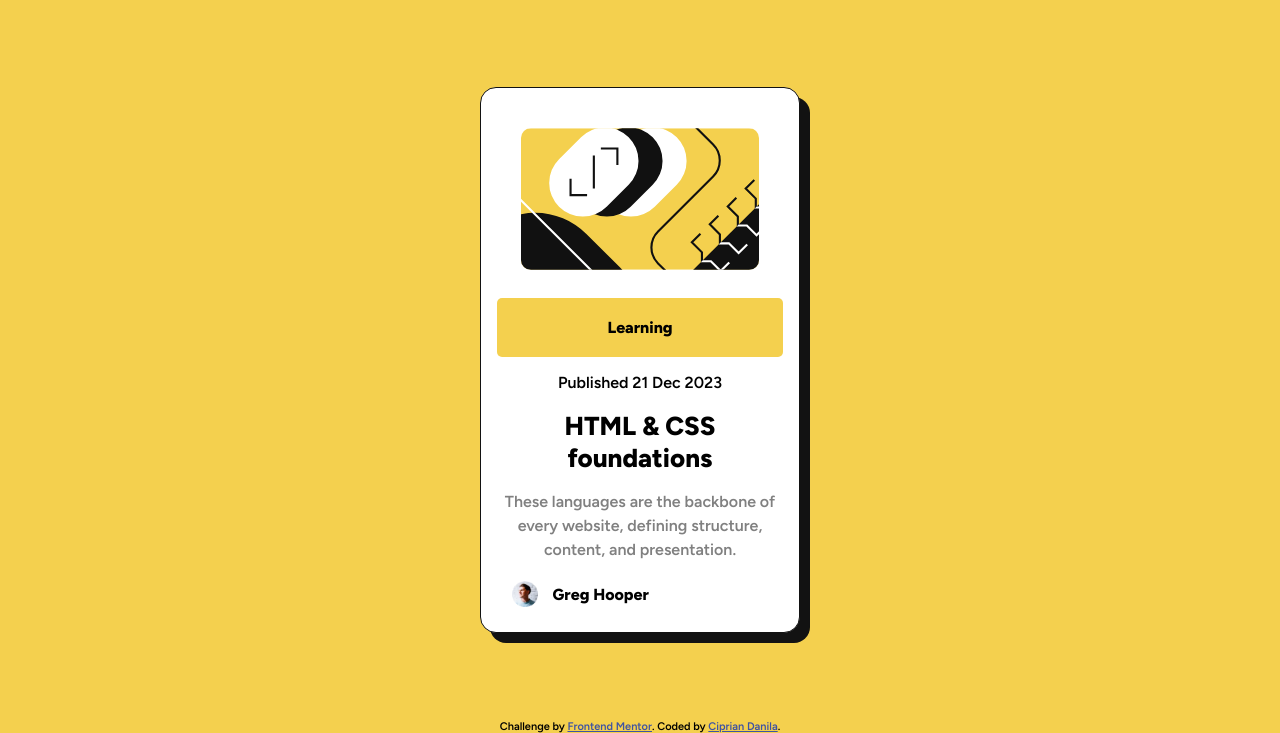
Repository: cipdanila/blog-preview-card
Page: index.html
The author's editor kept a copy of each file at every save. The page is drawn from the files as they stood at one save, then again after the next save.
The browser window is 1280 px wide. The pictures show the whole page.

Above is the page before, as saved 2024-01-28 14:07:07.

### index.html
<!DOCTYPE html>
<html lang="en">
<head>
  <meta charset="UTF-8">
  <meta name="viewport" content="width=device-width, initial-scale=1.0"> <!-- displays site properly based on user's device -->

  <link rel="icon" type="image/png" sizes="32x32" href="./assets/images/favicon-32x32.png">
  <link rel="stylesheet" href="style.css">
  <title>Frontend Mentor | Blog preview card</title>

</head>
<body>
  <main>
    <div class="card">
      <div class="image-card">
        <img src="./assets/images/illustration-article.svg" alt="illustration article">
      </div>
      <div class="text-card">
        <div class="learning">
          <p>Learning</p>
        </div>
        <div class="publish">
          <p>Published 21 Dec 2023</p>
        </div>
        <div class="title">
          <h1>HTML & CSS foundations</h1>
        </div>
        <div class="info">
          <p>
            These languages are the backbone of every website, defining structure, content, and presentation.
          </p>
        </div>
        <div class="avatar">
          <img src="./assets/images/image-avatar.webp" alt="avatar">
          <p>Greg Hooper</p>
        </div>
      </div>
    </div>
  </main>

  <footer>
    <div class="attribution">
        Challenge by
        <a
            href="https://www.frontendmentor.io/challenges/blog-preview-card-ckPaj01IcS"
            target="_blank"
            rel="noopener noreferer"
            >Frontend Mentor</a
        >. Coded by <a href="https://github.com/cipdanila" target="_blank" rel="noopener noreferer">Ciprian Danila</a>.
    </div>
</footer>
</body>
</html>

### style.css
@import url('https://fonts.googleapis.com/css2?family=Figtree:wght@600;800&display=swap');

:root {
    /* Colors */
    /* Primary */
    --yellow: hsl(47, 88%, 63%);

    /* Neutral */
    --white: hsl(0, 0%, 100%);
    --grey: hsl(0, 0%, 50%);
    --black: hsl(0, 0%, 7%);
}

* {
    box-sizing: border-box;
}

body, html {
    margin: 0;
    padding: 0;
    height: 100%;
    font-family: 'Figtree', sans-serif;
    font-size: 1rem;
    font-weight: 600;
    background-color: var(--yellow);
}

main {
    display: flex;
    justify-content: center;
    align-items: center;
    height: 100%;
}

.card {
    width: 20rem;
    border-radius: 1rem;
    border: 1px solid var(--black);
    box-shadow: 10px 10px var(--black);
    background-color: var(--white);
    display: flex;
    flex-direction: column;
    align-items: center;
    padding: 1rem;
}

.image-card {
    text-align: center;
    padding: 1.5rem;
}

img {
    max-width: 100%;
    height: auto;
    border-radius: 0.625rem;
}

.text-card {
    text-align: center;
}

.learning {
    background-color: var(--yellow);
    margin-bottom: 1rem;
    padding: 0.25rem 0.5rem;
    border-radius: 5px;
    font-weight: 800;
}

.publish, .title, .info, .avatar {
    margin-bottom: 0.5rem;
}

.title h1 {
    font-weight: 800;
    font-size: 1.625rem;
    margin-bottom: 0.5rem;
}

.info p {
    color: var(--grey);
    line-height: 1.5;
    font-weight: 100;
}

.avatar {
    display: flex;
    align-items: center;
    margin: 5px;
    padding: 1px 10px;
}

.avatar img {
    width: 10%;
}

.avatar p {
    display: inline-block;
    margin: 5px;
    padding: 1px 10px;
    font-weight: 800;
}

.attribution {
    font-size: 11px;
    text-align: center;
}
.attribution a {
    color: hsl(228, 45%, 44%);
}

After the next save:
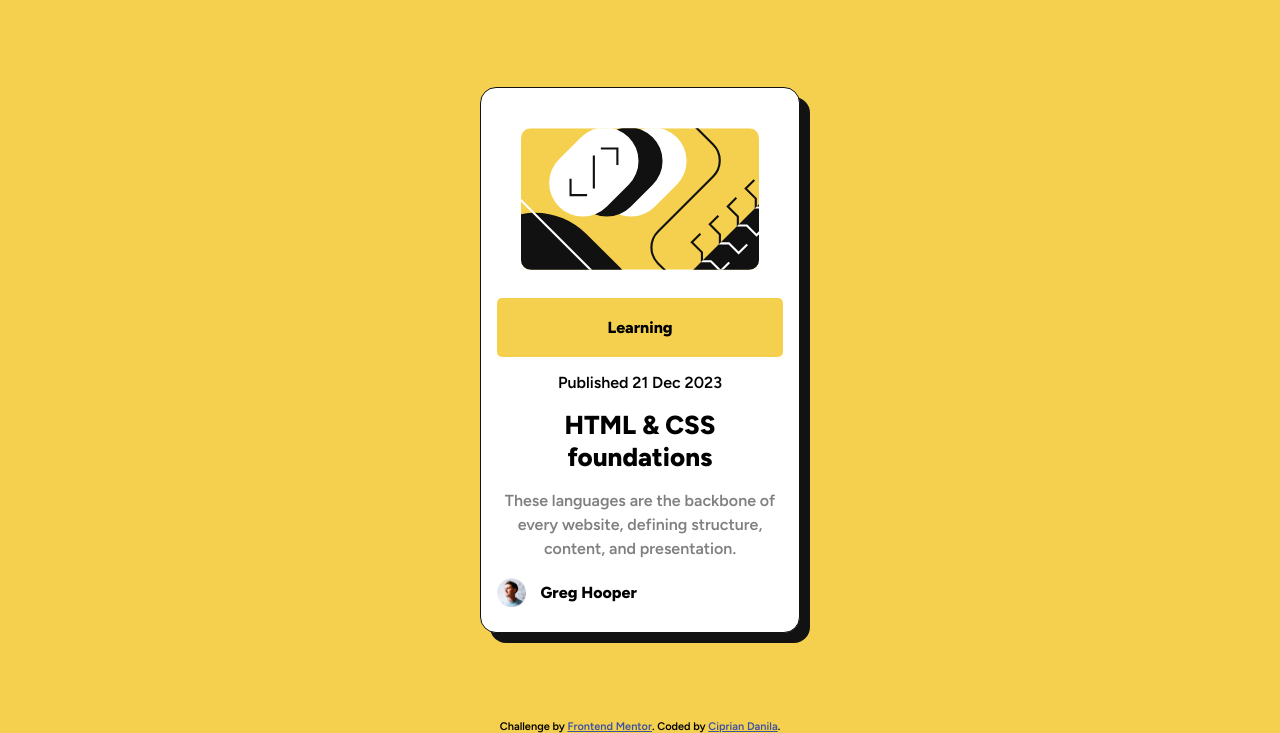
Saved 9 s later.
--- a/style.css
+++ b/style.css
@@ -86,8 +86,6 @@
 .avatar {
     display: flex;
     align-items: center;
-    margin: 5px;
-    padding: 1px 10px;
 }
 
 .avatar img {
